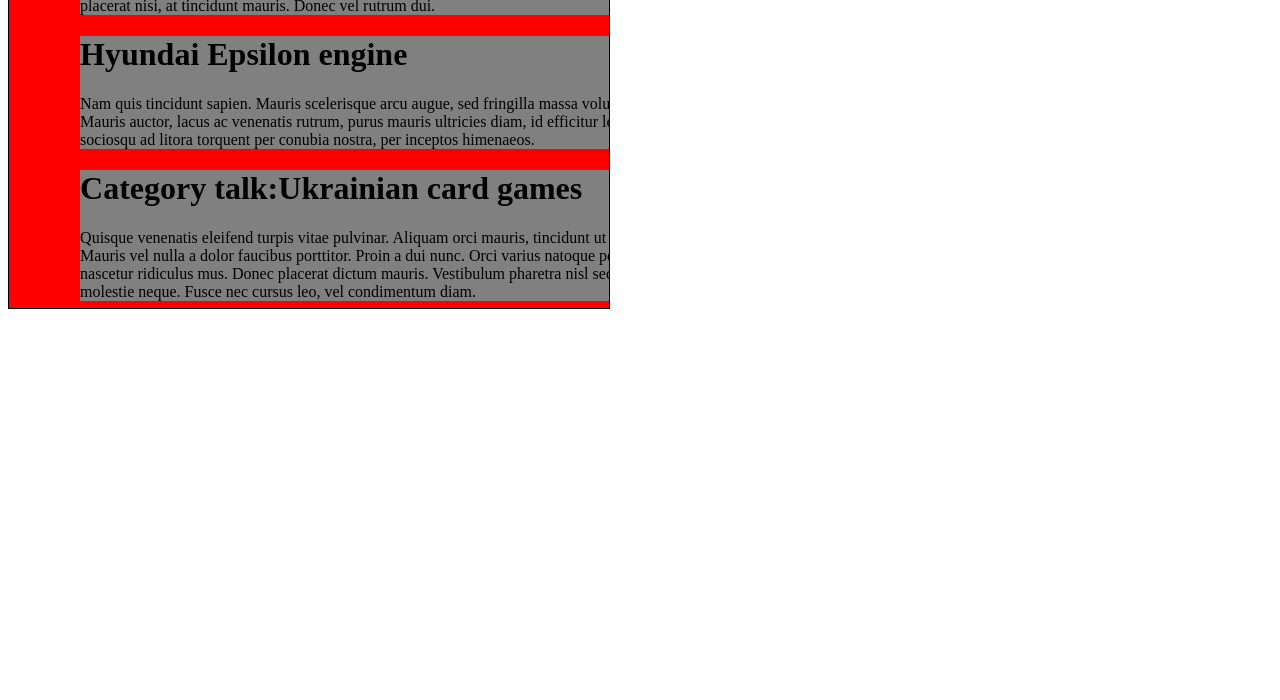
Repository: KelaiAffaf/bridger
Page: /
These files come from the project's save history. The page is drawn as it stood at one moment and after a run of saves; the edit follows.
The browser window is 1280 px wide. The pictures show the whole page.
The project was rebuilt for these pictures with package versions that can differ from the ones it lists, and the page was loaded fresh each time. Also part of the build but not shown: vite.config.js.

Above is the page before, as saved 2023-06-08 11:18:46.

### src/App.jsx
// eslint-disable-next-line no-unused-vars
import React, { useState } from "react";
import { data } from "./NewComponents/data.js";
import Tag from "./NewComponents/Tag";
import InfoBox from "./NewComponents/InfoBox";

function App() {


  const [value, setValue] = useState("");

  const getTags = (data) => {
    const tagsArray = [];

    data.forEach((user) => {
      user.tags.forEach((tag) => {
        if (!tagsArray.includes(tag)) {
          tagsArray.push(tag);
        }
      });
    });

    return tagsArray;
  };

  const uniqueTags = getTags(data);

  return (
    <div
    style={{
      display: "flex",
      justifyContent: "space-between",
      width: "600px",
      height: "600px",
      border: "1px solid black",
      backgroundColor: "red",
      overflow: "hidden",
      position: "relative",
      top: "50%",
      transform: "translateY(-50%)"
    }}
      >
      <div>
        <h1>Tags</h1>
        <h6>Selected Tags</h6>
        <Tag tags={uniqueTags} />
      </div>

      <div
      style={{
        height: "500px",
        backgroundColor:"red"
      }}
      >
        <input onChange={(e) => setValue(e.target.value)} />
        {data &&
          data.map((user) => (
            <div key={user.id}>
              {(user.title.includes(value) ||
                user.content.includes(value)) && (
                <InfoBox title={user.title} body={user.content} />
              )}
            </div>
          ))}
      </div>
    </div>
  );
}

export default App;

### src/NewComponents/data.js
// articles
export const  data = [
    {
        "id": 1,
        "title": "Mallabhum Institute of Technology",
        "content": "Lorem ipsum dolor sit amet, consectetur adipiscing elit. Aenean vitae fermentum velit. In a pulvinar nibh. Vivamus eu eros nisl. Praesent vitae felis auctor, efficitur ipsum sed, malesuada dolor. Donec tortor tortor, sagittis sed maximus ac, euismod ut massa. Etiam urna urna, tempor non facilisis eget, pretium sed nisl. Aliquam erat volutpat. Pellentesque habitant morbi tristique senectus et netus et malesuada fames ac turpis egestas.",
        "tags": ["technology", "AI", "discovery"]
    },
    {
        "id": 2,
        "title": "User talk:96.232.132.176",
        "content": "Phasellus imperdiet a justo quis lacinia. Mauris a massa erat. Ut dignissim sem tellus, at aliquet nibh rutrum non. Donec at enim augue. Aenean feugiat facilisis diam nec lobortis. Sed viverra tortor felis, a tincidunt risus malesuada nec. Donec et placerat nisi, at tincidunt mauris. Donec vel rutrum dui.",
        "tags": ["history","technology", "traditional"]
    },
    {
        "id": 3,
        "title": "Hyundai Epsilon engine",
        "content": "Nam quis tincidunt sapien. Mauris scelerisque arcu augue, sed fringilla massa volutpat sit amet. Aenean vitae orci tellus. Mauris auctor, lacus ac venenatis rutrum, purus mauris ultricies diam, id efficitur lectus tortor sed urna. Class aptent taciti sociosqu ad litora torquent per conubia nostra, per inceptos himenaeos.",
        "tags": ["art","egypt"]
    },
    {
        "id": 4,
        "title": "Category talk:Ukrainian card games",
        "content": "Quisque venenatis eleifend turpis vitae pulvinar. Aliquam orci mauris, tincidunt ut sollicitudin sit amet, convallis quis orci. Mauris vel nulla a dolor faucibus porttitor. Proin a dui nunc. Orci varius natoque penatibus et magnis dis parturient montes, nascetur ridiculus mus. Donec placerat dictum mauris. Vestibulum pharetra nisl sed eros dictum tristique. Praesent ac molestie neque. Fusce nec cursus leo, vel condimentum diam.",
        "tags": ["discovery","history"]
    },
    {
        "id": 5,
        "title": "Pellentesque non vulputate dolor",
        "content": "Fusce aliquam scelerisque lorem, a gravida ante efficitur eu. Duis ultricies leo scelerisque ante lacinia, ac viverra elit aliquam. Nullam at faucibus nisl. Nunc fringilla in urna sed suscipit. Integer in ipsum lectus. Pellentesque non vulputate dolor, vel scelerisque sapien. Nulla facilisi. Duis at sodales lacus. In hac habitasse platea dictumst.",
        "tags": ["new","fiction"]
    }
  ]

### src/NewComponents/Tag.jsx
import React from 'react'

function Tag({tags}) {
  return (
   <div>
    <div
    style={{
      borderRedius: '5px',
      backgroundColor: 'grey',
    }}
    >
      {tags && tags.map(ele=><div >{ele}</div>)
    }
    </div>
   </div>
  )
}

export default Tag

### src/NewComponents/InfoBox.jsx
import React from 'react'

function InfoBox({title,body}) {
  return (
    <div
    style={{
      backgroundColor: 'grey',
      width :"800px"
    }}
    >
        <h1>{title}</h1>
        <p>{body} </p>
    </div>
  )
}

export default InfoBox

Loaded but not shown: index.html (common file); src/main.jsx (common file)

After the next 2 saves:
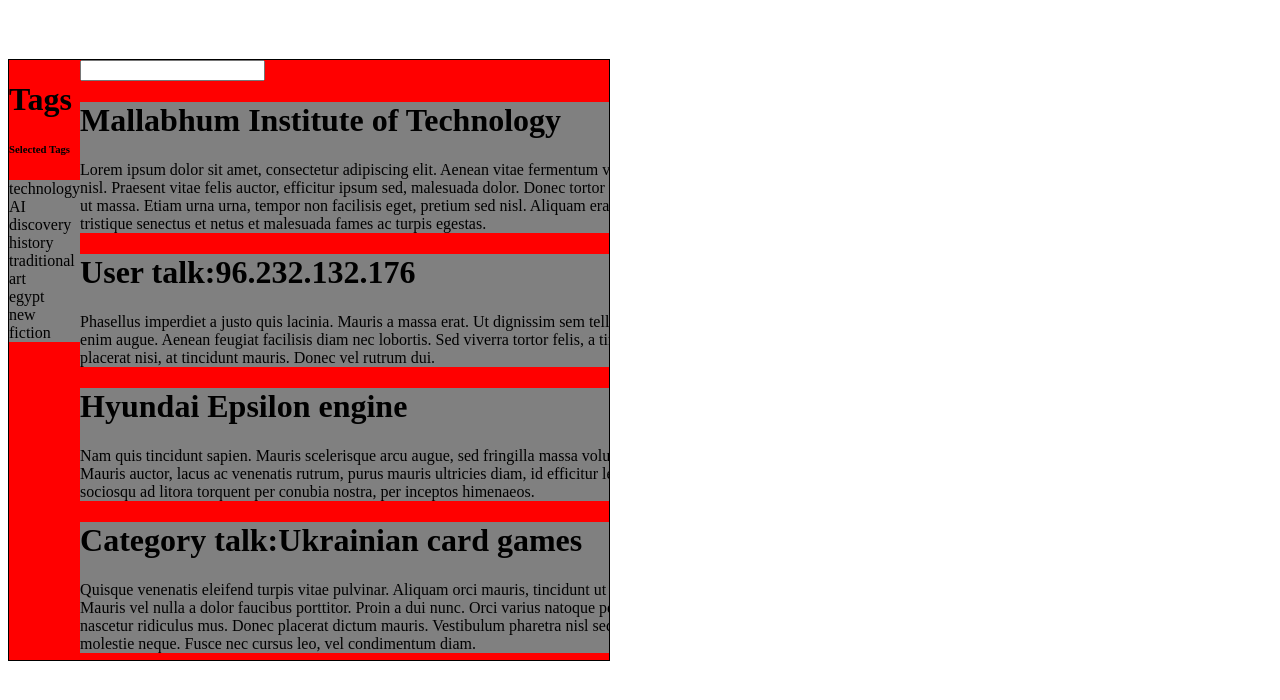
The 2 saves are shown as one change because they came seconds apart.
The last was saved 76 s later.
--- a/src/App.jsx
+++ b/src/App.jsx
@@ -35,7 +35,7 @@
       border: "1px solid black",
       backgroundColor: "red",
       overflow: "hidden",
-      position: "relative",
+      position: "absolute",
       top: "50%",
       transform: "translateY(-50%)"
     }}
